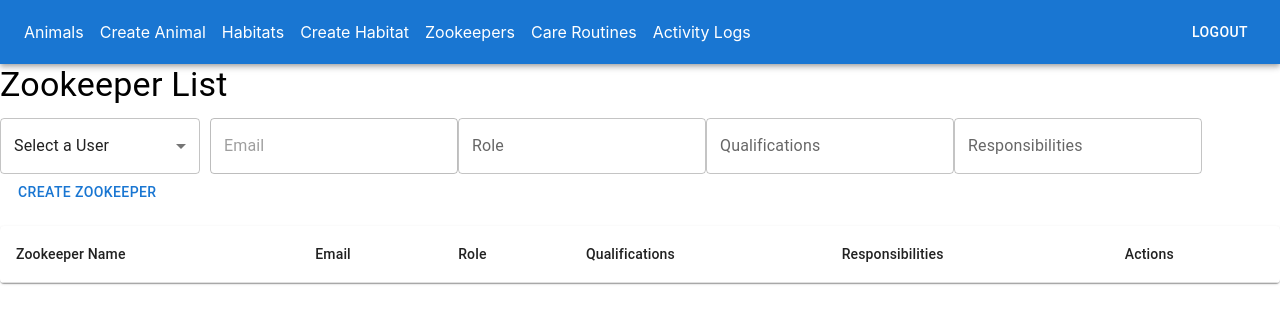
Repository: maomao7788/Digital-Zoo-Management1
Page: /zookeepers (app in frontend/)
These files come from the project's save history. The page is drawn as it stood at one moment and after the next save; the edit follows.
The browser window is 1280 px wide. The pictures show the whole page.
The page's requests for data from a server got no answer. The project was rebuilt for these pictures with package versions that can differ from the ones it lists, and the page was loaded fresh each time. No one was signed in, and anything a server would have sent is missing. Also part of the build but not shown: frontend/src/pages/AnimalList.tsx, frontend/src/pages/CreateAnimal.tsx, frontend/src/pages/Login.tsx, frontend/src/components/PrivateRoute.tsx, frontend/src/pages/EditAnimal.tsx, frontend/src/pages/HabitatList.tsx, frontend/src/pages/CreateHabitat.tsx, frontend/src/pages/EditHabitat.tsx and 2 more.

Above is the page before, as saved 2025-03-04 20:51:24.

### frontend/src/index.tsx
  import React from 'react';
  import ReactDOM from 'react-dom/client';
  import './index.css';
  import App from './App';
  import reportWebVitals from './reportWebVitals';

  const root = ReactDOM.createRoot(
    document.getElementById('root') as HTMLElement
  );
  root.render(
    <React.StrictMode>
      <App />
    </React.StrictMode>
  );

  // If you want to start measuring performance in your app, pass a function
  // to log results (for example: reportWebVitals(console.log))
  // or send to an analytics endpoint. Learn more: https://bit.ly/CRA-vitals
  reportWebVitals();

### frontend/src/App.tsx
import { BrowserRouter as Router, Route, Routes, useNavigate } from 'react-router-dom';
import AnimalList from './pages/AnimalList';
import CreateAnimal from './pages/CreateAnimal';
import Login from './pages/Login';
import PrivateRoute from './components/PrivateRoute';
import { AppBar, Toolbar, Link, Button, Box } from '@mui/material';
import { logout } from './services/authApi';
import EditAnimal from './pages/EditAnimal';
import HabitatList from './pages/HabitatList';
import CreateHabitat from './pages/CreateHabitat';
import EditHabitat from './pages/EditHabitat';
import ZookeeperPage from './pages/ZookeeperPage';
import CareRoutinePage from './pages/CareRoutinePage';
import ActivityLogPage from './pages/ActivityLogPage';
import { Link as RouterLink } from 'react-router-dom';


function App() {
  const handleLogout = () => {
    logout();
    window.location.href = '/login';
  };

  return (
    <Router>
      <AppBar position="static">
        <Toolbar>
          <Link href="/" color="inherit" underline="none" sx={{ mr: 2 }}>Animals</Link>
          <Link href="/create" color="inherit" underline="none" sx={{ mr: 2 }}>Create Animal</Link>
          <Link href="/habitats" color="inherit" underline="none" sx={{ mr: 2 }}>Habitats</Link>
          <Link href="/create-habitat" color="inherit" underline="none" sx={{ mr: 2 }}>Create Habitat</Link>
          <Link component={RouterLink} to="/zookeepers" color="inherit" underline="none" sx={{ mr: 2 }}>
  Zookeepers
</Link>
<Link component={RouterLink} to="/care_routines" color="inherit" underline="none" sx={{ mr: 2 }}>
  Care Routines
</Link>
<Link component={RouterLink} to="/activity_logs" color="inherit" underline="none" sx={{ mr: 2 }}>
  Activity Logs
</Link>

          <Box sx={{ flexGrow: 1 }}></Box>
          <Button color="inherit" onClick={handleLogout}>Logout</Button>
        </Toolbar>
      </AppBar>

      <Routes>
        <Route path="/login" element={<Login />} />
        <Route path="/" element={<PrivateRoute><AnimalList /></PrivateRoute>} />
        <Route path="/create" element={<PrivateRoute><CreateAnimal /></PrivateRoute>} />
        <Route path="/edit/:id" element={<EditAnimal />} />
        <Route path="/habitats" element={<PrivateRoute><HabitatList /></PrivateRoute>} />
        <Route path="/create-habitat" element={<PrivateRoute><CreateHabitat /></PrivateRoute>} />
        <Route path="/edit-habitat/:id" element={<PrivateRoute><EditHabitat /></PrivateRoute>} />
        <Route path="/zookeepers" element={<ZookeeperPage />} />
        <Route path="/care_routines" element={<CareRoutinePage />} />
        <Route path="/activity_logs" element={<ActivityLogPage />} />


      </Routes>
    </Router>
  );
}

export default App;

### frontend/src/services/authApi.ts
import axios from 'axios';

const api = axios.create({
  baseURL: 'http://localhost:8000/zoo/api/',
});

export const login = (username: string, password: string) => {
  return api.post('token/', { username, password });
};

export const register = (username: string, email: string, password: string) => {
  return api.post('register/', { username, email, password });
};

export const logout = () => {
  localStorage.removeItem('access_token');
  localStorage.removeItem('refresh_token');
};

### frontend/src/pages/ZookeeperPage.tsx
import React, { useEffect, useState } from 'react';
import { useNavigate } from 'react-router-dom';
import { getZookeepers, createZookeeper, deleteZookeeper} from '../services/api';
import axios from 'axios';
import {
  Table,
  TableBody,
  TableCell,
  TableContainer,
  TableHead,
  TableRow,
  Paper,
  Typography,
  Button,
  TextField,
  Select,
  MenuItem,
  SelectChangeEvent
} from '@mui/material';

interface User {
  id: number;
  username: string;
  email: string;
}

interface Zookeeper {
  id?: number;
  user: User;
  role: string;
  qualifications: string;
  responsibilities: string;
  email: string;
}

const ZookeeperPage: React.FC = () => {
  const [zookeepers, setZookeepers] = useState<Zookeeper[]>([]);
  const [users, setUsers] = useState<User[]>([]);
  const [newZookeeper, setNewZookeeper] = useState<Zookeeper>({
    user: { id: 0, username: '', email: '' },
    role: '',
    qualifications: '',
    responsibilities: '',
    email: '',
  });
  const navigate = useNavigate();

  useEffect(() => {
    loadZookeepers();
    loadUsers();
  }, []);

  const loadZookeepers = async () => {
    try {
      const response = await getZookeepers();
      setZookeepers(response.data);
    } catch (error) {
      console.error('Error fetching zookeepers:', error);
    }
  };

  const loadUsers = async () => {
    try {
      const response = await axios.get('http://localhost:8000/zoo/api/users/');
      setUsers(response.data);
    } catch (error) {
      console.error('Error fetching users:', error);
    }
  };

  const handleUserChange = (e: SelectChangeEvent<number>) => {
    const selectedUserId = Number(e.target.value);
    const selectedUser = users.find((user) => user.id === selectedUserId);
    if (selectedUser) {
      setNewZookeeper((prev) => ({
        ...prev,
        user: selectedUser,
        email: selectedUser.email,
      }));
    }
  };

  const handleCreateZookeeper = async () => {
    try {
      if (!newZookeeper.user || typeof newZookeeper.user.id !== "number" || newZookeeper.user.id <= 0) {
        alert("Please select a valid user!");
        return;
      }
      await createZookeeper({
        user: newZookeeper.user.id,
        role: newZookeeper.role,
        qualifications: newZookeeper.qualifications,
        responsibilities: newZookeeper.responsibilities,
        email: newZookeeper.email, // ✅ 直接使用 User 的 email
      });
      loadZookeepers();
    } catch (error) {
      console.error('Error creating zookeeper:', error);
    }
  };

  return (
    <div>
      <Typography variant="h4" gutterBottom>
        Zookeeper List
      </Typography>
      <div>
        <Select
  value={newZookeeper.user.id || ""}
  onChange={handleUserChange}
  displayEmpty
  style={{ marginRight: 10, minWidth: 200 }}
>
  <MenuItem value="">Select a User</MenuItem>
  {users.map((user) => (
    <MenuItem key={user.id} value={user.id}>{user.username}</MenuItem>
  ))}
</Select>


        <TextField label="Email" value={newZookeeper.email} disabled />
        <TextField label="Role" value={newZookeeper.role} onChange={(e) => setNewZookeeper({ ...newZookeeper, role: e.target.value })} />
        <TextField label="Qualifications" value={newZookeeper.qualifications} onChange={(e) => setNewZookeeper({ ...newZookeeper, qualifications: e.target.value })} />
        <TextField label="Responsibilities" value={newZookeeper.responsibilities} onChange={(e) => setNewZookeeper({ ...newZookeeper, responsibilities: e.target.value })} />
        <Button  onClick={handleCreateZookeeper} style={{ marginLeft: 10 }}>
          Create Zookeeper
        </Button>
      </div>

      <TableContainer component={Paper} sx={{ marginTop: 2 }}>
        <Table>
          <TableHead>
            <TableRow>
              <TableCell>Zookeeper Name</TableCell>
              <TableCell>Email</TableCell>
              <TableCell>Role</TableCell>
              <TableCell>Qualifications</TableCell>
              <TableCell>Responsibilities</TableCell>
              <TableCell>Actions</TableCell>
            </TableRow>
          </TableHead>
          <TableBody>
            {zookeepers.map(zookeeper => (
              <TableRow key={zookeeper.id}>
                <TableCell>{zookeeper.user.username}</TableCell>
                <TableCell>{zookeeper.user.email}</TableCell>
                <TableCell>{zookeeper.role}</TableCell>
                <TableCell>{zookeeper.qualifications}</TableCell>
                <TableCell>{zookeeper.responsibilities}</TableCell>
                <TableCell>
                  <Button  onClick={() => navigate(`/edit-zookeeper/${zookeeper.id}`)}>Edit</Button>
                  <Button  onClick={() => deleteZookeeper(zookeeper.id!)}>Delete</Button>
                </TableCell>
              </TableRow>
            ))}
          </TableBody>
        </Table>
      </TableContainer>
    </div>
  );
};

export default ZookeeperPage;

### frontend/src/services/api.ts
import axios from 'axios';

const api = axios.create({
  baseURL: 'http://localhost:8000/zoo/api/',
});
api.interceptors.request.use(
  (config) => {
    const token = localStorage.getItem('token');
    if (token) {
      config.headers.Authorization = `Bearer ${token}`;
    }
    return config;
  },
  (error) => Promise.reject(error)
);


api.interceptors.response.use(
  (response) => response,
  (error) => {
    if (error.response && error.response.status === 401) {
      localStorage.removeItem('token');
      window.location.href = '/login';
    }
    return Promise.reject(error);
  }
);
export const getAnimals = () => api.get('animals/');
export const getAnimalById = (id: number) => api.get(`animals/${id}/`);
export const createAnimal = (data: object) => api.post('animals/', data);
export const updateAnimal = (id: number, data: object) => api.put(`animals/${id}/`, data);
export const deleteAnimal = (id: number) => api.delete(`animals/${id}/`);
export const getHabitats = () => api.get('habitats/');
export const createHabitat = (data: any) => api.post('habitats/', data);
export const updateHabitat = (id: number, data: any) => api.put(`habitats/${id}/`, data);
export const deleteHabitat = (id: number) => api.delete(`habitats/${id}/`);

export const getZookeepers = () => api.get('zookeepers/');
export const getZookeeperById = (id: number) => api.get(`zookeepers/${id}/`);
export const createZookeeper = (data: { user: number, role: string, qualifications: string, responsibilities: string, email: string }) =>
  api.post('zookeepers/', data);
export const updateZookeeper = (id: number, data: object) => api.put(`zookeepers/${id}/`, data);
export const deleteZookeeper = (id: number) => api.delete(`zookeepers/${id}/`);

export const getCareRoutines = async () => api.get('care-routines/');
export const createCareRoutine = async (data: object) => api.post('care-routines/', data);
export const deleteCareRoutine = async (id: number) => api.delete(`care-routines/${id}/`);

export const getTasks = async () => api.get('tasks/');
export const getTaskById = async (id: number) => api.get(`tasks/${id}/`);
export const createTask = async (data: object) => api.post('tasks/', data);
export const updateTaskStatus = async (id: number, status: string) =>api.put(`tasks/${id}/`, { status });
export const deleteTask = async (id: number) => api.delete(`tasks/${id}/`);

export const getActivityLogs = async () => api.get('activity-logs/');
export default api;

Loaded but not shown: frontend/public/index.html (common file); frontend/src/index.css (common file); frontend/src/reportWebVitals.ts (common file)

After the next save:
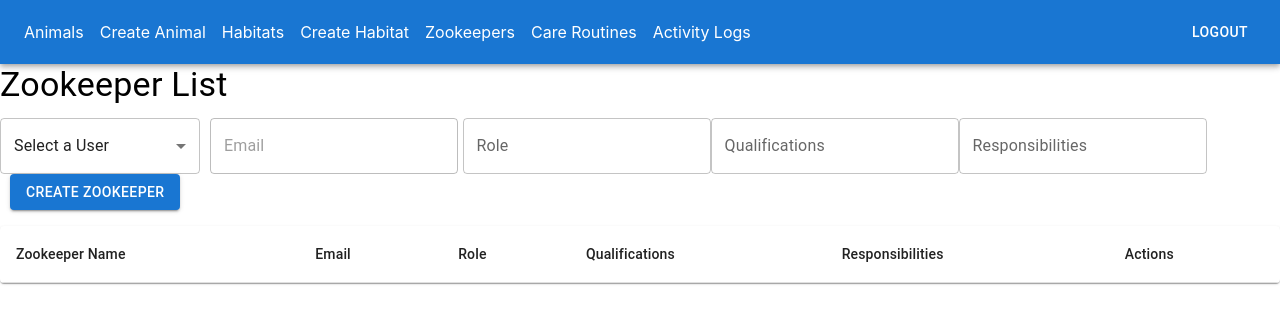
Saved 36 s later.
--- a/frontend/src/pages/ZookeeperPage.tsx
+++ b/frontend/src/pages/ZookeeperPage.tsx
@@ -50,6 +50,7 @@ const ZookeeperPage: React.FC = () => {
     loadUsers();
   }, []);
 
+  // 加载 Zookeeper
   const loadZookeepers = async () => {
     try {
       const response = await getZookeepers();
@@ -59,6 +60,7 @@ const ZookeeperPage: React.FC = () => {
     }
   };
 
+  // 获取用户列表
   const loadUsers = async () => {
     try {
       const response = await axios.get('http://localhost:8000/zoo/api/users/');
@@ -68,18 +70,20 @@ const ZookeeperPage: React.FC = () => {
     }
   };
 
+
   const handleUserChange = (e: SelectChangeEvent<number>) => {
     const selectedUserId = Number(e.target.value);
     const selectedUser = users.find((user) => user.id === selectedUserId);
     if (selectedUser) {
       setNewZookeeper((prev) => ({
         ...prev,
-        user: selectedUser,
-        email: selectedUser.email,
+        user: selectedUser, // ✅ 直接填充 User
+        email: selectedUser.email, // ✅ 自动填充 email
       }));
     }
   };
 
+  // 处理创建 Zookeeper
   const handleCreateZookeeper = async () => {
     try {
       if (!newZookeeper.user || typeof newZookeeper.user.id !== "number" || newZookeeper.user.id <= 0) {
@@ -105,6 +109,7 @@ const ZookeeperPage: React.FC = () => {
         Zookeeper List
       </Typography>
       <div>
+        {/* 选择 User 自动填充 Email */}
         <Select
   value={newZookeeper.user.id || ""}
   onChange={handleUserChange}
@@ -118,11 +123,11 @@ const ZookeeperPage: React.FC = () => {
 </Select>
 
 
-        <TextField label="Email" value={newZookeeper.email} disabled />
+        <TextField label="Email" value={newZookeeper.email} disabled /> {/* ✅ 只读 Email */}
         <TextField label="Role" value={newZookeeper.role} onChange={(e) => setNewZookeeper({ ...newZookeeper, role: e.target.value })} />
         <TextField label="Qualifications" value={newZookeeper.qualifications} onChange={(e) => setNewZookeeper({ ...newZookeeper, qualifications: e.target.value })} />
         <TextField label="Responsibilities" value={newZookeeper.responsibilities} onChange={(e) => setNewZookeeper({ ...newZookeeper, responsibilities: e.target.value })} />
-        <Button  onClick={handleCreateZookeeper} style={{ marginLeft: 10 }}>
+        <Button variant="contained" color="primary" onClick={handleCreateZookeeper} style={{ marginLeft: 10 }}>
           Create Zookeeper
         </Button>
       </div>
@@ -131,7 +136,7 @@ const ZookeeperPage: React.FC = () => {
         <Table>
           <TableHead>
             <TableRow>
-              <TableCell>Zookeeper Name</TableCell>
+              <TableCell>Zookeeper Name</TableCell> {/* ✅ 修改 Username 为 Zookeeper Name */}
               <TableCell>Email</TableCell>
               <TableCell>Role</TableCell>
               <TableCell>Qualifications</TableCell>
@@ -142,14 +147,14 @@ const ZookeeperPage: React.FC = () => {
           <TableBody>
             {zookeepers.map(zookeeper => (
               <TableRow key={zookeeper.id}>
-                <TableCell>{zookeeper.user.username}</TableCell>
+                <TableCell>{zookeeper.user.username}</TableCell> {/* ✅ 使用 User.username 作为 Zookeeper Name */}
                 <TableCell>{zookeeper.user.email}</TableCell>
                 <TableCell>{zookeeper.role}</TableCell>
                 <TableCell>{zookeeper.qualifications}</TableCell>
                 <TableCell>{zookeeper.responsibilities}</TableCell>
                 <TableCell>
-                  <Button  onClick={() => navigate(`/edit-zookeeper/${zookeeper.id}`)}>Edit</Button>
-                  <Button  onClick={() => deleteZookeeper(zookeeper.id!)}>Delete</Button>
+                  <Button variant="contained" color="secondary" onClick={() => navigate(`/edit-zookeeper/${zookeeper.id}`)}>Edit</Button>
+                  <Button variant="contained" color="error" onClick={() => deleteZookeeper(zookeeper.id!)}>Delete</Button>
                 </TableCell>
               </TableRow>
             ))}
